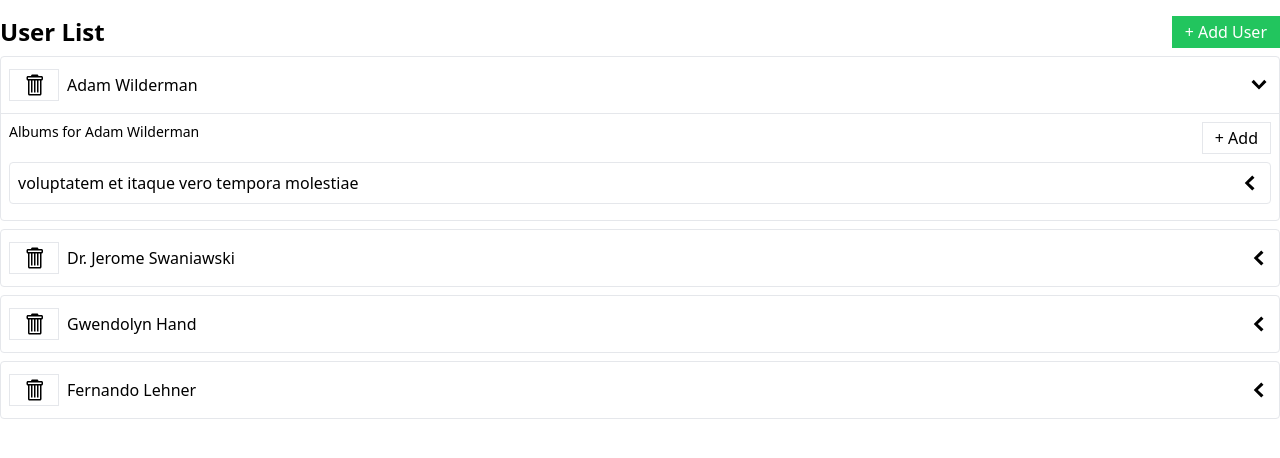
Repository: Marhamat92/users-app-redux-thunk-and-query
Page: /, after clicking the first element matching `div.p-2 > :nth-child(2)`
These files come from the project's save history. The page is drawn as it stood at one moment and after the next save; the edit follows.
The browser window is 1280 px wide. The pictures show the whole page.
The project was rebuilt for these pictures with package versions that can differ from the ones it lists, and the page was loaded fresh each time. Requests to the local data server were answered from the project's data file.

Above is the page before, as saved 2023-02-02 17:55:49.

After the next save:
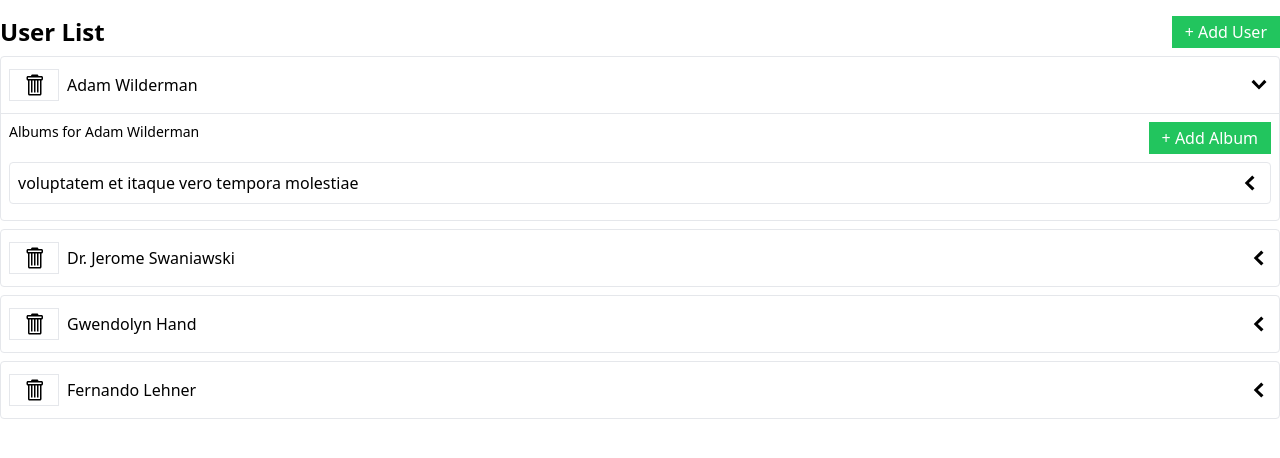
Saved 27 s later.
--- a/src/components/AlbumsList.js
+++ b/src/components/AlbumsList.js
@@ -43,7 +43,7 @@ const handleAddAlbum=()=>{
       <h1 className="text-sm">
       {`Albums for ${user.name}`}
       </h1>
-      <Button>+ Add</Button>
+      <Button success >+ Add Album</Button>
       </div>
 
       <div>
